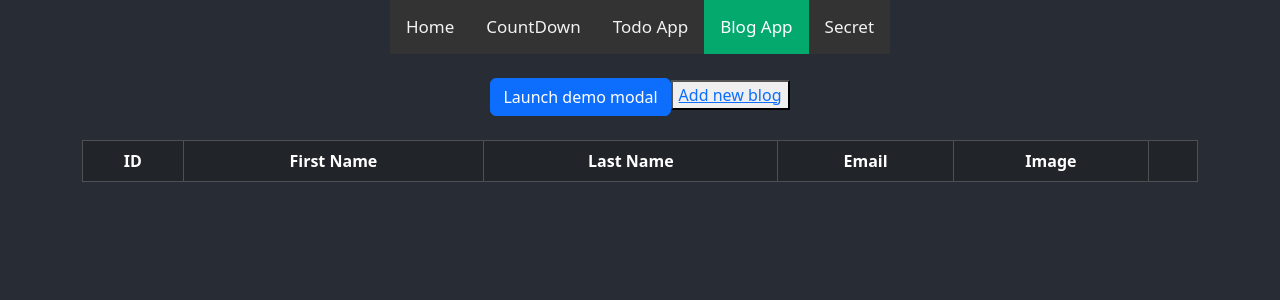
Repository: ThucSkin/React-hook-basic
Page: /blog
An editor plug-in stored every save of this project. The page is shown before and after the next save, followed by the edit.
The browser window is 1280 px wide. The pictures show the whole page.
The page's requests for data from a server got no answer. The project was rebuilt for these pictures with package versions that can differ from the ones it lists, and the page was loaded fresh each time. No one was signed in, and anything a server would have sent is missing. Also part of the build but not shown: src/views/Todo.js, src/views/TableApi/TableUser.scss, src/views/TableApi/TableApi.js, src/views/CountDown/countdown.js, src/views/AddNewUser.js, src/views/BlogDetail.js.

Above is the page before, as saved 2023-06-12 01:17:29.

After the next save:
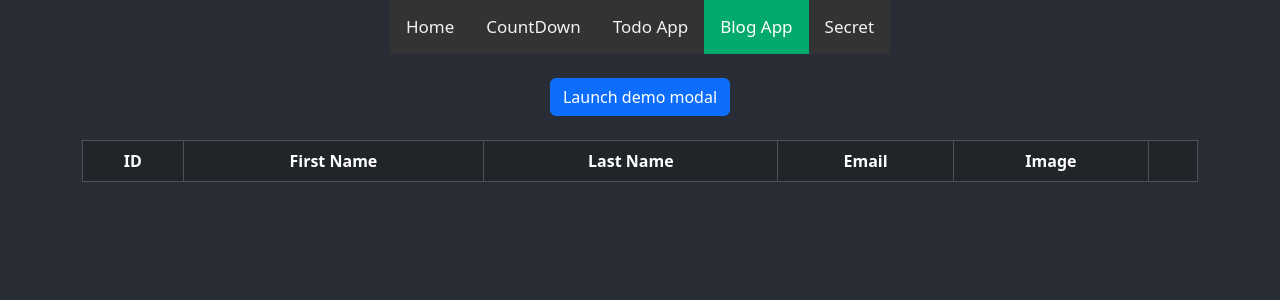
Saved 33 s later.
--- a/src/views/Blog.js
+++ b/src/views/Blog.js
@@ -34,9 +34,6 @@ const Blog = () => {
                     <AddNewUser />
                 </Modal.Body>
             </Modal>
-            <button>
-                <Link to={'/add/user'} >Add new blog</Link>
-            </button>
             <Table striped bordered hover variant="dark" className='mt-4'>
                 <thead>
                     <tr>
